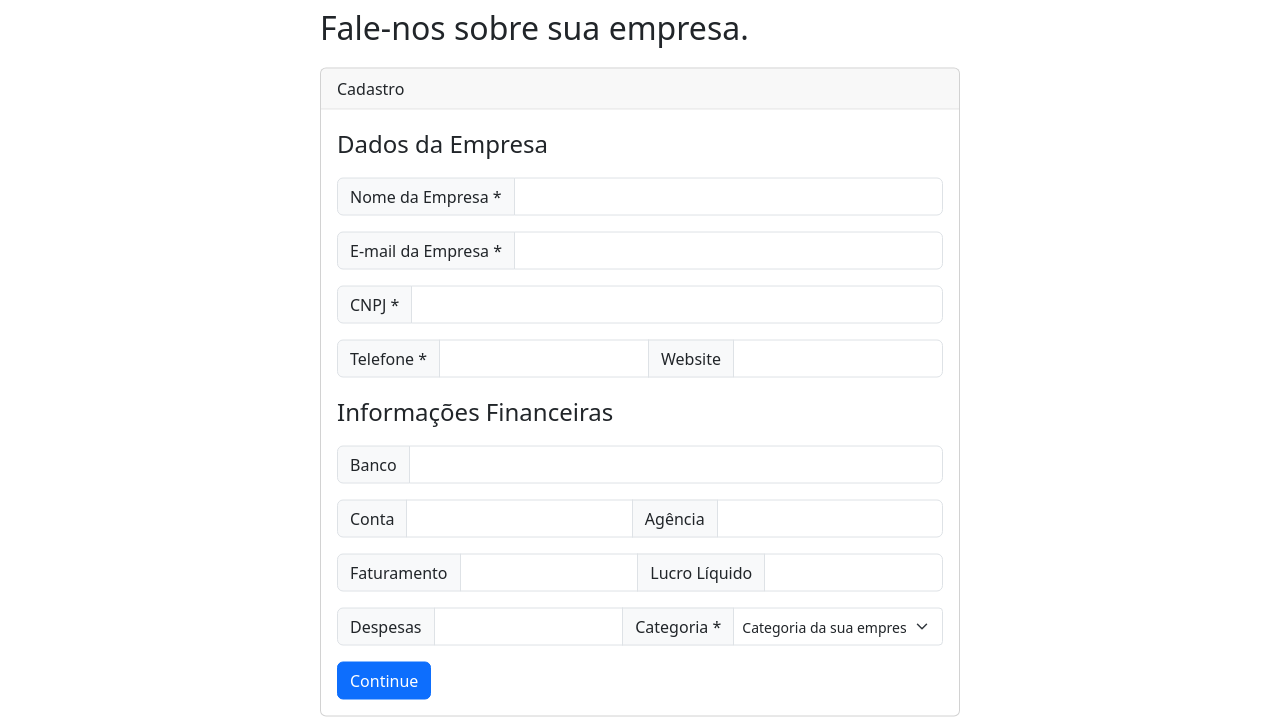
Repository: vandrecx/utilitaries
Page: http://localhost/login_archive/cadastro.php
An editor plug-in stored every save of this project. The page is shown before and after the next save, followed by the edit.
The browser window is 1280 px wide. The pictures show the whole page.
The page is run by PHP 8.4 with error messages shown; the project is at /var/www/html/.

Above is the page before, as saved 2024-05-03 13:33:16.

### login_archive/cadastro.php
<?php

require_once 'Conn.php';
include 'funcoes.php';

?>

<!DOCTYPE html>
<html lang="en">
<head>
    <meta charset="UTF-8">
    <meta name="viewport" content="width=device-width, initial-scale=1.0">
    <link href="https://cdn.jsdelivr.net/npm/bootstrap@5.3.3/dist/css/bootstrap.min.css" rel="stylesheet" integrity="sha384-QWTKZyjpPEjISv5WaRU9OFeRpok6YctnYmDr5pNlyT2bRjXh0JMhjY6hW+ALEwIH" crossorigin="anonymous">
    <title>Página de Cadastro</title>
</head>
<body>
    <div style="width: 50%; justify-content: center; position: absolute; top: 50%; left: 50%; transform: translate(-50%, -50%);">
        <p class="fs-2">Fale-nos sobre sua empresa.</p>
        <div class="card">
            <div class="card-header">
                Cadastro
            </div>
            <div class="card-body">
                <p class="fs-4">Dados da Empresa</p>
                <form method="POST" action="UserSignUp.php">
                    <div class="input-group mb-3">
                        <span class="input-group-text" id="inputGroup-sizing-default">Nome da Empresa *</span>
                        <input type="text" class="form-control" aria-label="Sizing example input" aria-describedby="inputGroup-sizing-default">
                    </div>
                    <div class="input-group mb-3">
                        <span class="input-group-text" id="inputGroup-sizing-default">E-mail da Empresa *</span>
                        <input type="text" class="form-control" aria-label="Sizing example input" aria-describedby="inputGroup-sizing-default">
                    </div>
                    <div class="input-group mb-3">
                        <span class="input-group-text" id="inputGroup-sizing-default">CNPJ *</span>
                        <input type="text" class="form-control" aria-label="Sizing example input" aria-describedby="inputGroup-sizing-default">
                    </div>
                    <div class="input-group mb-3">
                        <span class="input-group-text" id="inputGroup-sizing-default">Telefone *</span>
                        <input type="text" class="form-control" aria-label="Sizing example input" aria-describedby="inputGroup-sizing-default">
                        <span class="input-group-text" id="inputGroup-sizing-default">Website</span>
                        <input type="text" class="form-control" aria-label="Sizing example input" aria-describedby="inputGroup-sizing-default">
                    </div>
                    <p class="fs-4">Informações Financeiras</p>
                    <div class="input-group mb-3">
                        <span class="input-group-text" id="inputGroup-sizing-default">Banco</span>
                        <input type="text" class="form-control" aria-label="Sizing example input" aria-describedby="inputGroup-sizing-default">
                    </div>
                    <div class="input-group mb-3">
                        <span class="input-group-text" id="inputGroup-sizing-default">Conta</span>
                        <input type="text" class="form-control" aria-label="Sizing example input" aria-describedby="inputGroup-sizing-default">
                        <span class="input-group-text" id="inputGroup-sizing-default">Agência</span>
                        <input type="text" class="form-control" aria-label="Sizing example input" aria-describedby="inputGroup-sizing-default">
                    </div>
                    <div class="input-group mb-3">
                        <span class="input-group-text" id="inputGroup-sizing-default">Faturamento</span>
                        <input type="text" class="form-control" aria-label="Sizing example input" aria-describedby="inputGroup-sizing-default">
                        <span class="input-group-text" id="inputGroup-sizing-default">Lucro Líquido</span>
                        <input type="text" class="form-control" aria-label="Sizing example input" aria-describedby="inputGroup-sizing-default">
                    </div>
                    <div class="input-group mb-3">
                        <span class="input-group-text" id="inputGroup-sizing-default">Despesas</span>
                        <input type="text" class="form-control" aria-label="Sizing example input" aria-describedby="inputGroup-sizing-default">
                        <span class="input-group-text" id="inputGroup-sizing-default">Categoria *</span>
                        <select class="form-select form-select-sm" aria-label="Large select example">
                            <option selected>Categoria da sua empresa</option>
                            <option value="1">Prestação de Serviços</option>
                            <option value="2">Indústria</option>
                            <option value="3">Vendas</option>
                        </select>
                    </div>
                    <button type="submit" class="btn btn-primary" name="submit">Continue</button>
                </form>
            </div>
        </div>
    </div>

</body>
</html>

### login_archive/Conn.php
<?php

//PDO (PHP DATA OBJECTS)

$pdo = new PDO("mysql:host=localhost; dbname=sistema; charset=UTF8", "root", ""); // REALIZA CONEXÃO COM PDO
$pdo->setAttribute(PDO::ATTR_ERRMODE, PDO::ERRMODE_EXCEPTION); // EXCEPTIONS

?>

### login_archive/funcoes.php
<?php

require_once 'Conn.php';

// FUNÇÃO RESPONSÁVEL POR SANITIZAR OS DADOS PASSADOS POR POST
function sanitizeData($input_name, $type){
    switch ($type){

        case 'text':
            return filter_input(INPUT_POST, $input_name, FILTER_SANITIZE_SPECIAL_CHARS);
            break;

        case 'email':
            $email = filter_input(INPUT_POST, $input_name, FILTER_SANITIZE_EMAIL);
            //VALIDAR EMAIL AQUI NO MEIO
            return $email;
            break;

        case 'url':
            return filter_input(INPUT_POST, $input_name, FILTER_SANITIZE_URL);
            break;

        case 'int':
            return filter_input(INPUT_POST, $input_name, FILTER_SANITIZE_NUMBER_INT);
            break;

        case 'float':
            return filter_input(INPUT_POST, $input_name, FILTER_SANITIZE_NUMBER_FLOAT);
            break;

        default:
            return $input_name;
    }
}

// GERA SENHA ALEATÓRIA DE 6 CARACTERES
function generatePassword(){
    $chars = 'abcdefghijklmnopqrstuvwxyzABCDEFGHIJKLMNOPQRSTUVWXYZ0123456789!@#$%^&*()-_=+';
    return substr(str_shuffle($chars), 0, 5) . substr(str_shuffle('ABCDEFGHIJKLMNOPQRSTUVWXYZ!@#$%^&*()-_=+'), 0, 1);
}

// ATUALIZA SENHA (usada em ForgotPassword.php)
function updatePass($newpass, $email, $pdo){

    try{

        $update = $pdo->prepare("UPDATE entidade SET s_password_entidade = :new_pass WHERE s_enterpriseemail_entidade = :s_enterpriseemail_entidade");
        $update->bindParam(':new_pass', $newpass);
        $update->bindParam(':s_enterpriseemail_entidade', $email);
        $update->execute();

    } catch(PDOException $err) {

        echo 'Erro na atualização: ' . $err;

    }

}

//ESCONDE EMAIL DE RECUPERAÇÃO PASSADO POR SESSION
function hideEmail(){

    session_start();

    $email = $_SESSION['pass_repair'];
    $encript_email = substr($email, 0, 5);
    $result_email = $encript_email . str_repeat("*", strlen($email) - 5);

    session_destroy();

    return $result_email;
}

?>

After the next save:
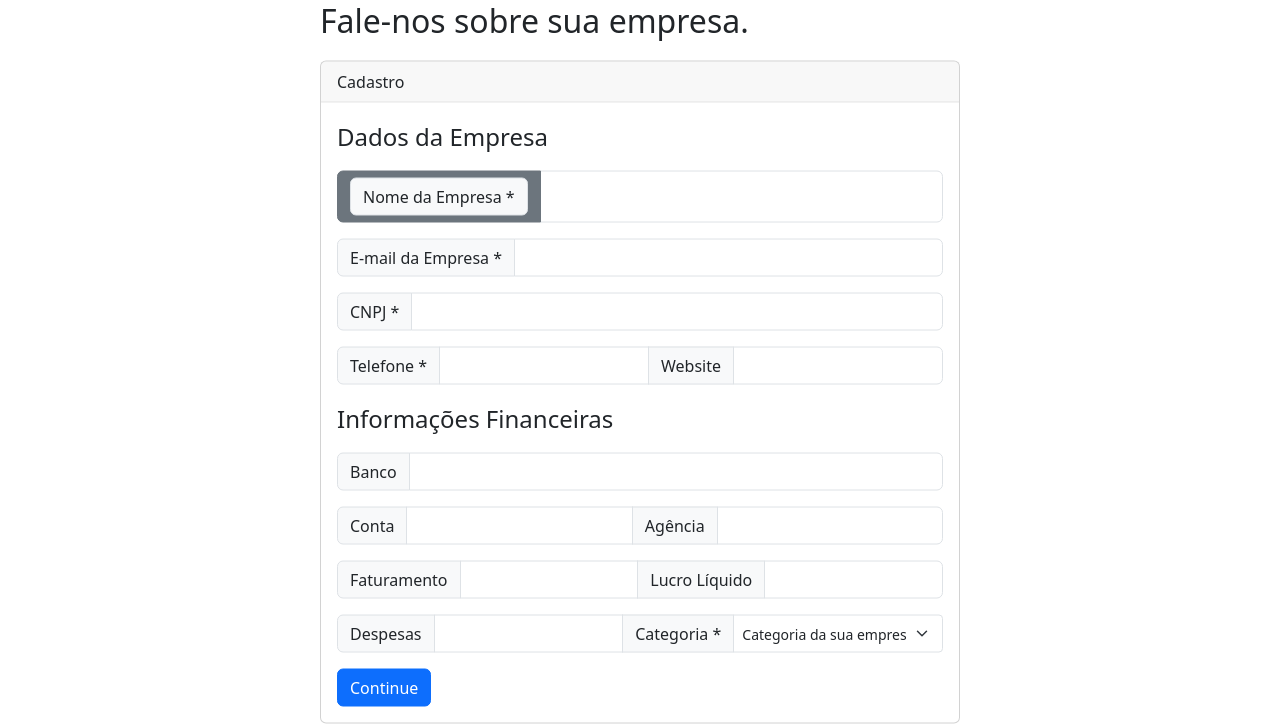
Saved 27 s later.
--- a/login_archive/cadastro.php
+++ b/login_archive/cadastro.php
@@ -24,7 +24,9 @@
                 <p class="fs-4">Dados da Empresa</p>
                 <form method="POST" action="UserSignUp.php">
                     <div class="input-group mb-3">
+                    <button type="button" class="btn btn-secondary" data-bs-toggle="tooltip" data-bs-placement="top" data-bs-title="Tooltip on top">
                         <span class="input-group-text" id="inputGroup-sizing-default">Nome da Empresa *</span>
+                    </button>
                         <input type="text" class="form-control" aria-label="Sizing example input" aria-describedby="inputGroup-sizing-default">
                     </div>
                     <div class="input-group mb-3">

After the save that followed:
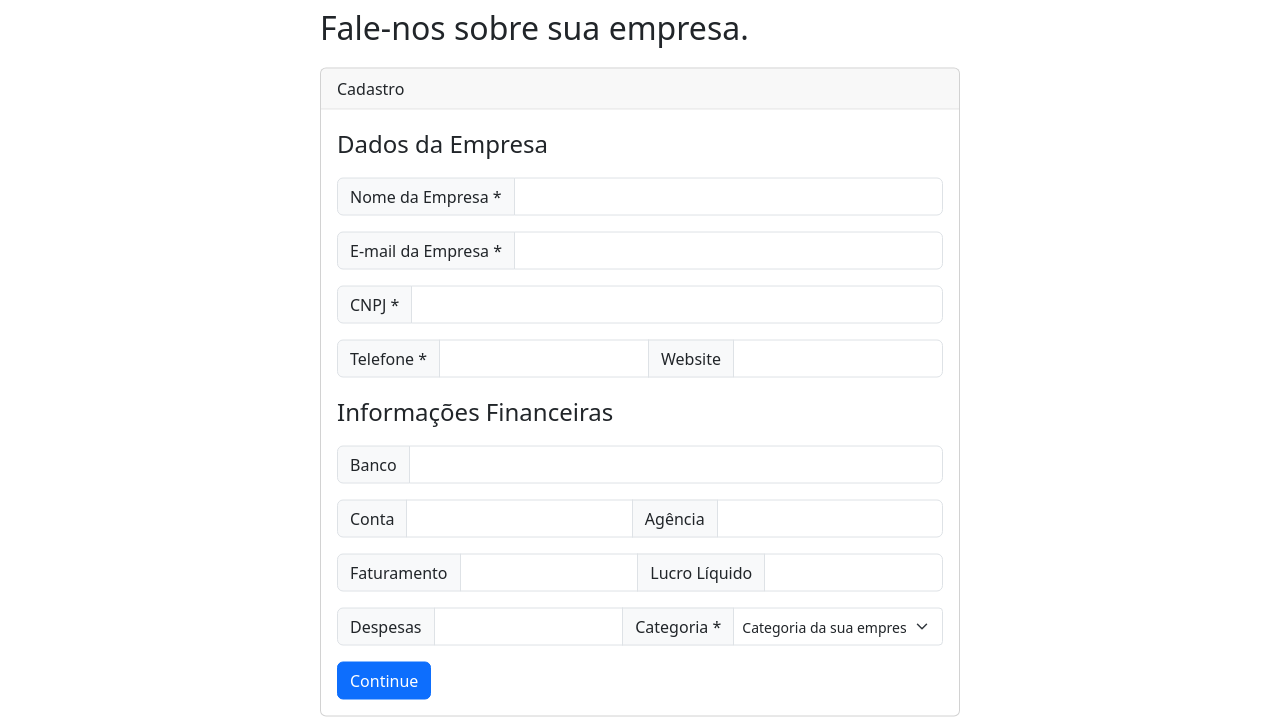
Saved 16 s later.
--- a/login_archive/cadastro.php
+++ b/login_archive/cadastro.php
@@ -24,9 +24,7 @@
                 <p class="fs-4">Dados da Empresa</p>
                 <form method="POST" action="UserSignUp.php">
                     <div class="input-group mb-3">
-                    <button type="button" class="btn btn-secondary" data-bs-toggle="tooltip" data-bs-placement="top" data-bs-title="Tooltip on top">
                         <span class="input-group-text" id="inputGroup-sizing-default">Nome da Empresa *</span>
-                    </button>
                         <input type="text" class="form-control" aria-label="Sizing example input" aria-describedby="inputGroup-sizing-default">
                     </div>
                     <div class="input-group mb-3">
